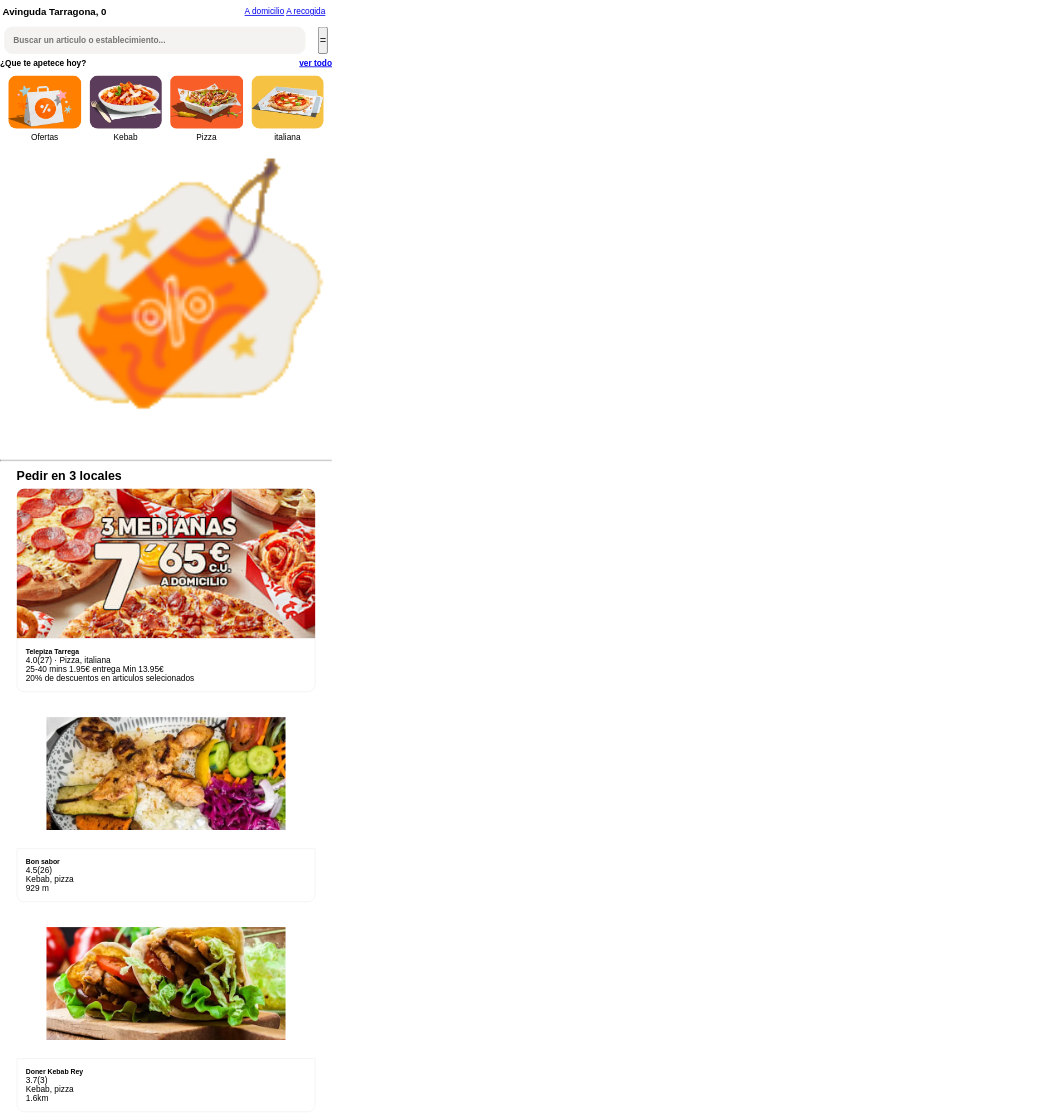
Repository: Srpinedaa/justEat
Page: index.html
These files come from the project's save history. The page is drawn as it stood at one moment and after the next save; the edit follows.
The browser window is 1280 px wide. The pictures show the whole page, at 83% of full size.

Above is the page before, as saved 2024-10-03 15:15:56.

### index.html
<!DOCTYPE html>
<html lang="en">

<head>
    <meta charset="UTF-8">
    <meta name="viewport" content="width=, initial-scale=1.0">
    <title>Just Eat</title>
    <link rel="stylesheet" href="css/estilos.css">
</head>

<body>
    <div id="all">
        <header>
            <div id="navDireccion">
                <h3 class="direccion">Avinguda Tarragona, 0</h3>
                <div class="formaPedido">
                    <a href="#">A domicilio</a>
                    <a href="#">A recogida</a>
                </div>
            </div>

            <div id="navBuscador">
                <input type="text" placeholder="Buscar un articulo o establecimiento...">
                <button>=</button>
            </div>
        </header>
        <main>
            <div id="contenido">
                <div id="bloque1">
                    <section class="bloque1Sesion1">
                        <h4>¿Que te apetece hoy?</h4>
                        <h4><a href="#">ver todo</a></h4>
                    </section>
                    <section class="bloque1Sesion2">
                        <div class="fotoComida ofertas">
                            <img src="img/ofertas.png" alt="ofertas">
                            <p>Ofertas</p>
                        </div>
                        <div class="fotoComida kebab">
                            <img src="img/italiana.png" alt="italiana">
                            <p>Kebab</p>
                        </div>
                        <div class="fotoComida kebab2">
                            <img src="img/kebab.png" alt="kebab">
                            <p>Pizza</p>
                        </div>
                        <div class="fotoComida pizza">
                            <img src="img/pizza.png" alt="pizza">
                            <p>italiana</p>
                        </div>
                    </section>
                </div>
                <div id="bloque2">
                    <div id="slideShow">
                        <img src="img/descuento.png" alt="descuentos">
                    </div>
                </div>
                <hr>
                <div id="bloque3">
                    <h2>Pedir en 3 locales</h2>
                    <section class="bloquePedidos">
                        <div class="pedido">
                            <div class="imagenPedido">
                                <img src="img/pizza.jpg" alt="pizza">
                            </div>
                            <div class="informacionPedido">
                                <h5>Telepiza Tarrega</h5>
                                <p>4.0(27) · Pizza, italiana</p>
                                <p>25-40 mins 1.95€ entrega Min 13.95€</p>
                                <p>20% de descuentos en articulos selecionados</p>
                            </div>
                        </div>
                        <div class="pedido">
                            <div class="imagenPedido">
                                <img src="img/combinat.png" alt="pizza">
                            </div>
                            <div class="informacionPedido">
                                <h5>Bon sabor</h5>
                                <p>4.5(26)</p>
                                <p>Kebab, pizza</p>
                                <p>929 m</p>
                            </div>
                        </div>
                        <div class="pedido">
                            <div class="imagenPedido">
                                <img src="img/doner.png" alt="pizza">
                            </div>
                            <div class="informacionPedido">
                                <h5>Doner Kebab Rey</h5>
                                <p>3.7(3)</p>
                                <p>Kebab, pizza</p>
                                <p>1.6km</p>
                            </div>
                        </div>
                    </section>
                </div>
            </div>
        </main>
        <footer></footer>
    </div>
</body>

</html>

### css/estilos.css
*{
    margin: 0;
    padding: 0;
    box-sizing: border-box;
    font-family: sans-serif;
}

html{
    font-size: 62.5%;
}

#all{
    /* border: 1px solid red; */
    overflow: hidden;
    width: 40rem;

}

#navDireccion{
    /* border: 1px solid green; */
    display: flex;
    justify-content: space-between;
    margin-bottom: 9px;
    padding: 3px;
    align-items: center;
    margin: 0;
}

#navBuscador{
    padding: 5px;
    /* border: 1px solid blue; */
    display: flex;
    justify-content: space-between;
}

#navBuscador input{
    width: 93%;
    border-radius: 1rem;
    padding: 1rem;
    border: 1px solid #f5f3f1;
    background-color: #f5f3f1;
    font-size: 1rem;
    font-weight: bolder;

}

.buscador{
    /* border: 1px solid red; */
    border-radius: 7px;
    padding: 5px;
}


#slideShow{
    width: 100%;
    height: auto;
    margin-bottom: 2rem;
    padding: 5px;
    /* border: 1px solid cadetblue; */
}

#slideShow img{
    width: 100%;
    height: 100%;
}

.formaPedido{
    /* border: 1px solid red; */
    border-radius: 7px;
    padding: 5px;
}

#contenido{
    /* border: 1px solid green; */
}

#bloque1{
    /* border: 1px solid blue; */
    display: flex;
    flex-direction: column;
}

.bloque1Sesion1{
    /* border: 1px solid pink; */
    display: flex;
    justify-content: space-between;
}

.bloque1Sesion2{
    /* border: 1px solid brown; */
    display: flex;
    width: 100%;
    justify-content: space-between;
    padding: 5px;
}

.fotoComida{
    width: 20rem;
    height: auto;
    padding: 5px;
    display: flex;
    flex-direction: column;
    align-items: center;
}

.fotoComida img{
    width: 100%;
    height: 100%;
    border-radius: 8px;
    /* border: 1px solid salmon; */
}

.ofertas img,
.kebab img,
.kabab2 img,
.pizza img{
    border-radius: 1rem;

}

.ofertas img{
    background-color: #ff8000;
}

.kebab img{
    background-color: #5b3d5b;

}

.kebab2 img{
    background-color: #f75e28;

}

.pizza img{
    background-color: #f6c243;

}

.fotoComida p{
    margin: 5px 0;
}

#bloque3{
    margin-top: 8px;
}

#bloque3 h2{
    margin-bottom: 8px;
    margin-left: 2rem;
}

.bloquePedidos{
    /* border: 1px solid blue; */
}

.pedido{
    width: 100%;
    /* border: 1px solid green; */
    display: flex;
    flex-direction: column;
    border-radius: 8px;
    margin-bottom: 8px;
}

.imagenPedido{
    width: 36rem;
    /* border: 1px solid red; */
    display: flex;
    justify-content: center;
    align-items: center;
    height: 18rem;
    overflow: hidden;
    border-top-right-radius: 9px;
    border-top-left-radius: 9px;
    margin: 0 auto;

    /* position: relative; */
}

.informacionPedido{
    width: 36rem;
    /* background-color: wheat; */
    display: flex;
    flex-direction: column;
    flex-wrap: wrap;
    margin: 0 auto;
    padding: 1rem;
    border-bottom-left-radius: 9px;
    border-bottom-right-radius: 9px;
    border: 1px solid #f2f2f2;

}

.informacionPedido h5{
    width: 100%;
}

.informacionPedido p:last-child{
    width: 100%;
}

After the next save:
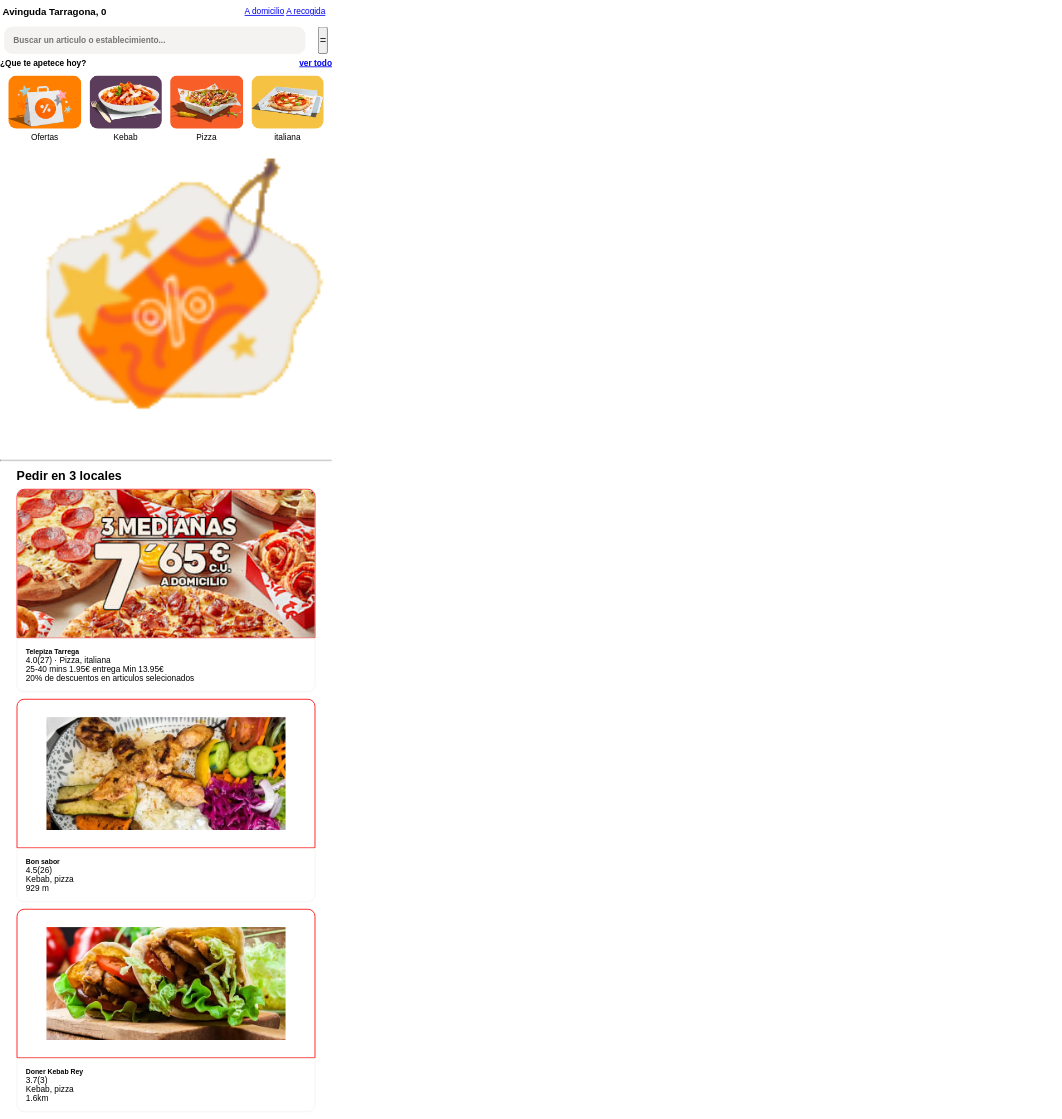
Saved 33 s later.
--- a/css/estilos.css
+++ b/css/estilos.css
@@ -165,7 +165,7 @@
 
 .imagenPedido{
     width: 36rem;
-    /* border: 1px solid red; */
+    border: 1px solid red;
     display: flex;
     justify-content: center;
     align-items: center;

After the save that followed:
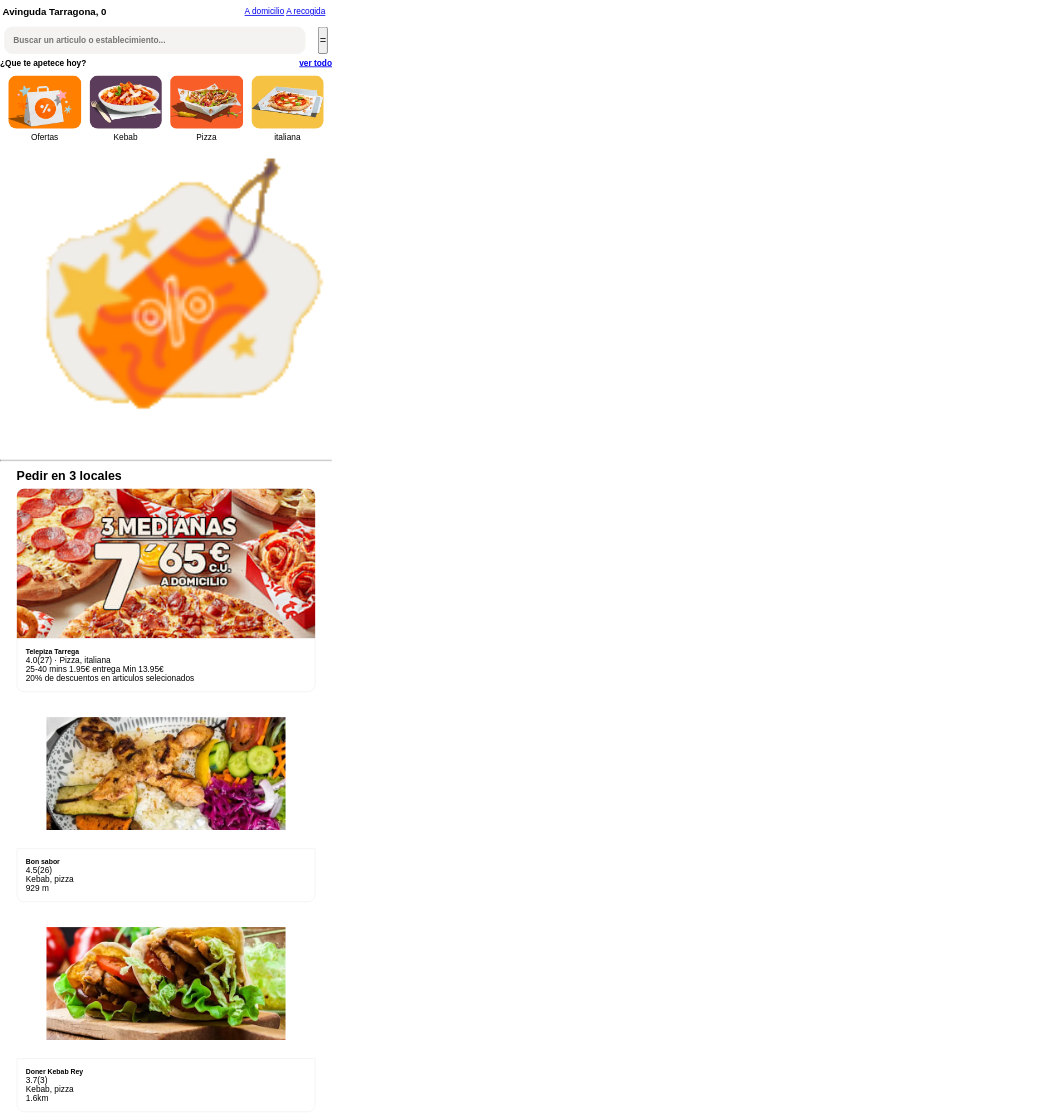
Saved 16 s later.
--- a/css/estilos.css
+++ b/css/estilos.css
@@ -165,7 +165,7 @@
 
 .imagenPedido{
     width: 36rem;
-    border: 1px solid red;
+    /* border: 1px solid red; */
     display: flex;
     justify-content: center;
     align-items: center;
